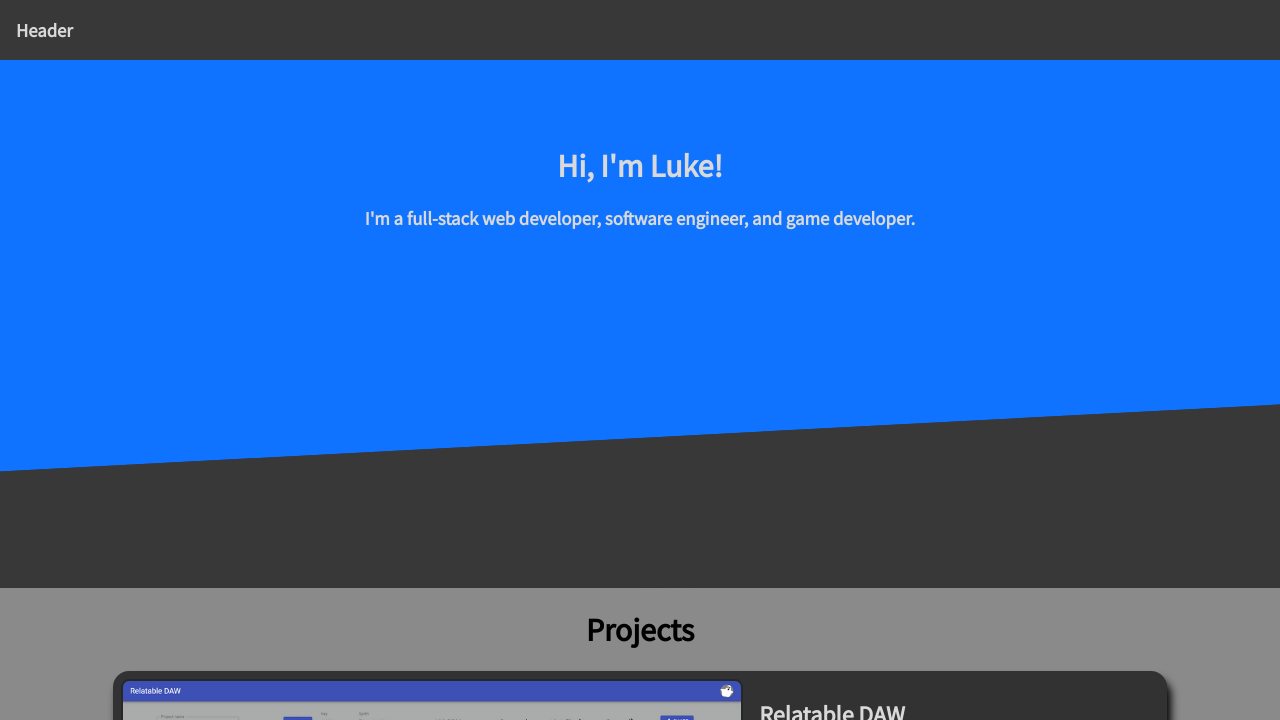
Repository: lbodwell/Personal-Website
Page: index.html
These files come from the project's save history. The page is drawn as it stood at one moment and after the next save; the edit follows.
The browser window is 1280 px wide. The pictures show the whole page.
An inner scrolling area shows only its first screen.

Above is the page before, as saved 2022-04-04 04:42:35.

After the next save:
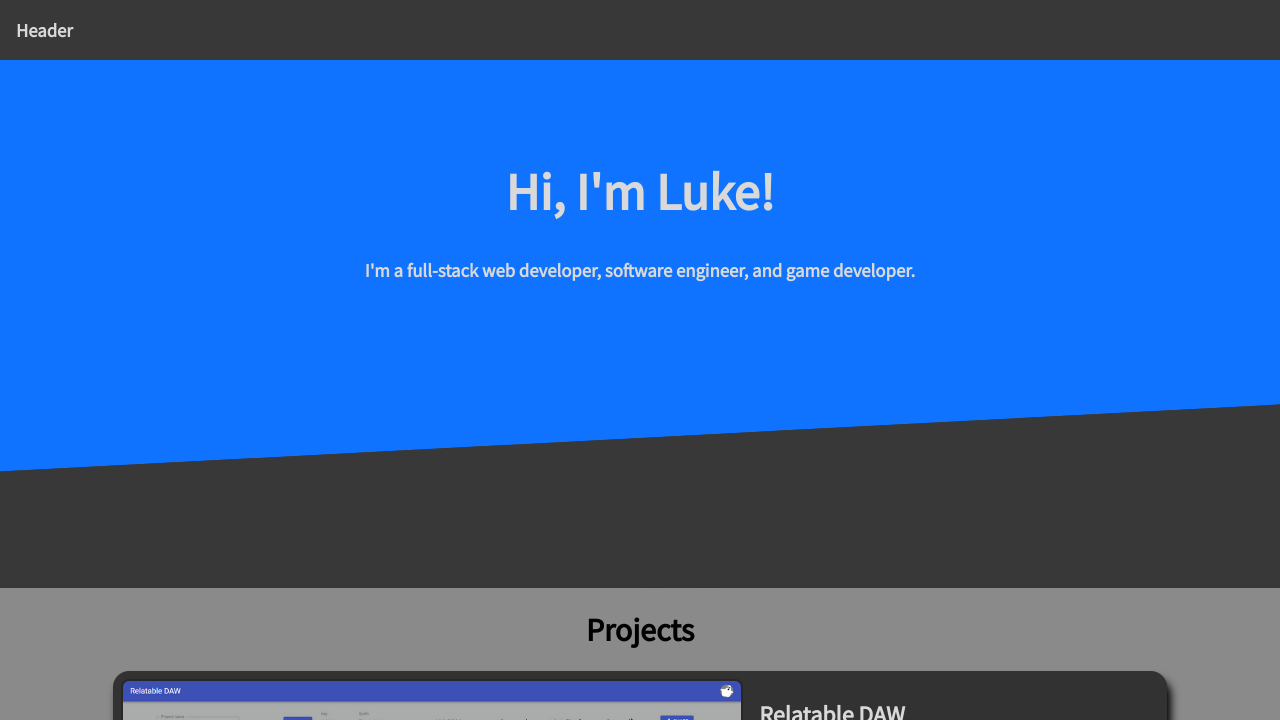
Saved 5 s later.
--- a/styles.css
+++ b/styles.css
@@ -39,7 +39,7 @@ content {
 }
 
 .intro > h1 {
-    /* font-size: 36px; */
+    font-size: 52px;
 }
 
 .intro::before, .intro::after {
